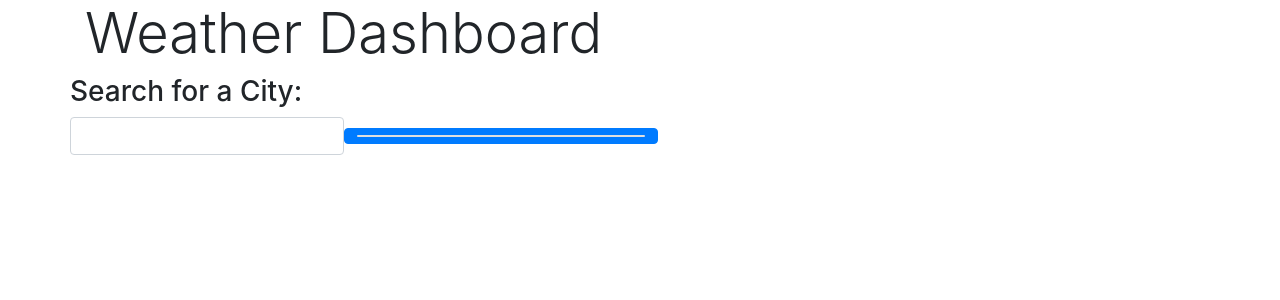
Repository: LaBrewT2/weather-dashboard
Page: index.html
These files come from the project's save history. The page is drawn as it stood at one moment and after the next save; the edit follows.
The browser window is 1280 px wide. The pictures show the whole page.
Some web libraries are served in a nearby version.

Above is the page before, as saved 2021-01-03 19:38:25.

After the next save:
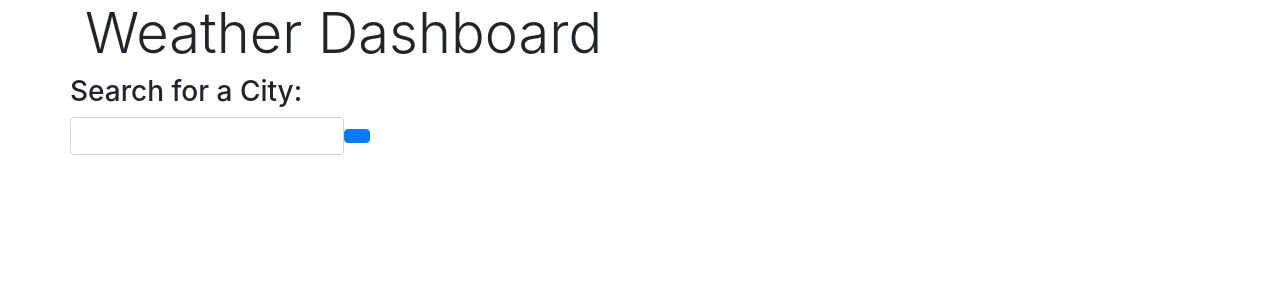
Saved 9 s later.
--- a/index.html
+++ b/index.html
@@ -31,12 +31,6 @@
     <input type="text" class="form-control" id="city" aria-describedby="basic-addon3">
     <button class="btn btn-primary" id="search" type="submit">
 
-
-    <div id="list-group" class="card" style="width: 18rem;"></div>
-
-
-
-  </div>
 </div>
 
 
